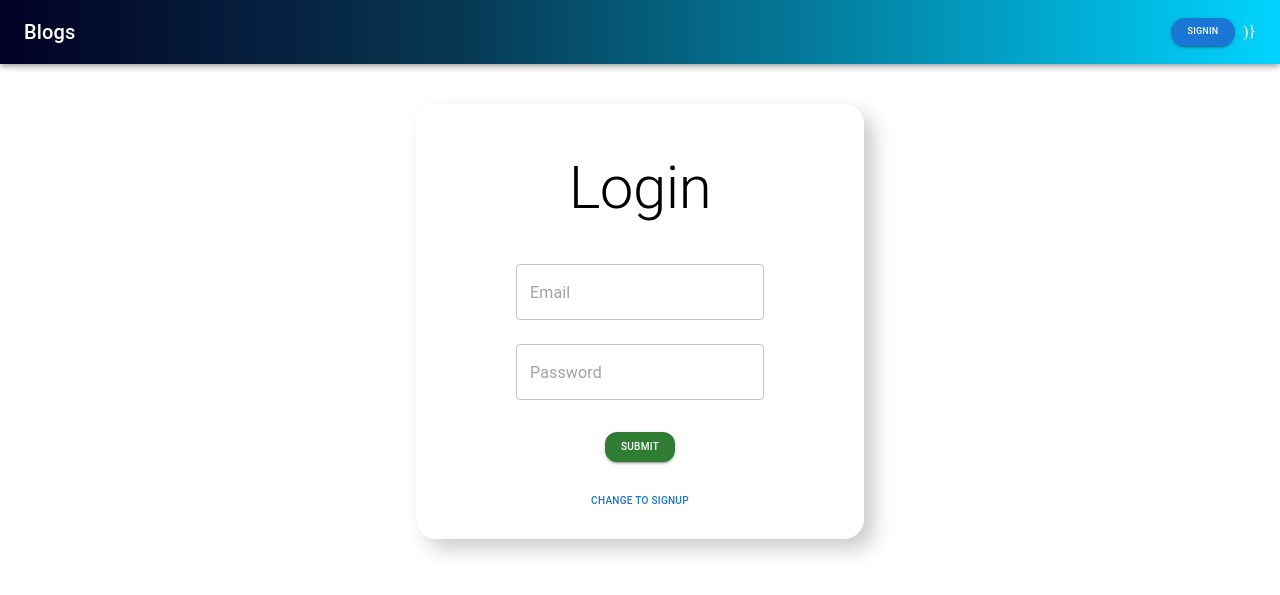
Repository: LolaSL/myBlogs
Page: /auth (app in frontend/)
These files come from the project's save history. The page is drawn as it stood at one moment and after a run of saves; the edit follows.
The browser window is 1280 px wide. The pictures show the whole page.
The project was rebuilt for these pictures with package versions that can differ from the ones it lists, and the page was loaded fresh each time. Also part of the build but not shown: frontend/src/components/Blog.jsx, frontend/src/components/Blogs.jsx, frontend/src/components/UserBlog.jsx, frontend/src/components/BlogDetails.jsx, frontend/src/components/AddBlog.jsx, frontend/src/pages/HotelTips.jsx, frontend/src/pages/TouristTips.jsx, frontend/src/pages/Journey.jsx and 7 more. Imported but missing from the stored project, and not drawn on this page: frontend/src/components/videos/video.webm.

Above is the page before, as saved 2024-04-11 15:34:05.

### frontend/public/index.html
<!DOCTYPE html>
<html lang="en">
  <head>
    <meta charset="utf-8" />
    <link rel="icon" href="%PUBLIC_URL%/favicon.ico" />
    <meta name="viewport" content="width=device-width, initial-scale=1" />
    <meta name="theme-color" content="#000000" />
    <meta
      name="description"
      content="Web site created using create-react-app"
    />
    <link rel="apple-touch-icon" href="%PUBLIC_URL%/logo192.png" />
    <!--
      manifest.json provides metadata used when your web app is installed on a
      user's mobile device or desktop. See https://developers.google.com/web/fundamentals/web-app-manifest/
    -->
    <link rel="manifest" href="%PUBLIC_URL%/manifest.json" />
    <!--
      Notice the use of %PUBLIC_URL% in the tags above.
      It will be replaced with the URL of the `public` folder during the build.
      Only files inside the `public` folder can be referenced from the HTML.

      Unlike "/favicon.ico" or "favicon.ico", "%PUBLIC_URL%/favicon.ico" will
      work correctly both with client-side routing and a non-root public URL.
      Learn how to configure a non-root public URL by running `npm run build`.
    -->
    <link href="https://fonts.googleapis.com/css2?family=Montserrat&display=swap" rel="stylesheet">
    <title>React App</title>
  </head>
  <body>
    <noscript>You need to enable JavaScript to run this app.</noscript>
    <div id="root"></div>
    <!--
      This HTML file is a template.
      If you open it directly in the browser, you will see an empty page.

      You can add webfonts, meta tags, or analytics to this file.
      The build step will place the bundled scripts into the <body> tag.

      To begin the development, run `npm start` or `yarn start`.
      To create a production bundle, use `npm run build` or `yarn build`.
    -->
  </body>
</html>

### frontend/src/index.js
import React from 'react';
import ReactDOM from 'react-dom/client';
import './index.css';
import App from './App';
import reportWebVitals from './reportWebVitals';
import { BrowserRouter } from 'react-router-dom';
import { Provider } from 'react-redux';
import { store } from './store'
import 'react-toastify/dist/ReactToastify.css'



const root = ReactDOM.createRoot(document.getElementById('root'));
root.render(
  <React.StrictMode>
    <BrowserRouter>
      <Provider store={store}>
        <App />
      </Provider>
      </BrowserRouter>
  </React.StrictMode>
);

// If you want to start measuring performance in your app, pass a function
// to log results (for example: reportWebVitals(console.log))
// or send to an analytics endpoint. Learn more: https://bit.ly/CRA-vitals
reportWebVitals();

### frontend/src/index.css

* {
  margin: 0;
}
.pagination {
  display: flex;
  justify-content: center;
  list-style: none;
  padding: 0;
  margin: 10px;
}

.page-item {
  margin: 0 5px;
}

.page-link {
  display: inline-block;
  padding: 5px 10px;
  background-color: #007bff;
  color: #fff;
  border: 1px solid #007bff;
  border-radius: 5px;
  text-decoration: none;
  cursor: pointer;
}

.page-link:hover {
  background-color: #0056b3;
  color: #fff;
}

### frontend/src/App.js
import React, { useEffect } from 'react';
import Header from './components/Header';
import { Route, Routes } from 'react-router-dom';
import Auth from './components/Auth.jsx';
import Blogs from './components/Blogs.jsx';
import UserBlogs from './components/UserBlog.jsx';
import BlogDetails from './components/BlogDetails.jsx';
import AddBlog from './components/AddBlog.jsx';
import { useDispatch, useSelector } from 'react-redux';
import { authActions } from './store';
import HotelTips from './pages/HotelTips.jsx';
import TouristTips from './pages/TouristTips.jsx';
import Journey from './pages/Journey.jsx';
import CompliteGuide from './pages/CompliteGuide.jsx';
import BestTimeToVisit from './pages/BestTime.jsx';
import WheatherAndClimate from './pages/WeatherAndClimate.jsx';
import ReasonToVisitIsrael from './pages/ReasonTovisitIstael.jsx';
import Airport from './pages/Airport.jsx'
import FashionStyle from './pages/FashionStyle.jsx';
import { ToastContainer } from 'react-toastify';
import HealthRecipes from './pages/HealthRecipes.jsx'



function App() {
  const dispatch = useDispatch();
  const isLoggedIn = useSelector(state => state.isLoggedIn);
  console.log(isLoggedIn)
  useEffect(() => {

    if (localStorage.getItem("userId"))
      dispatch(authActions.login())
  }, [dispatch])

  return (
    <React.Fragment>
      <header>
        <Header />
      </header>
      <main>
        <Routes>

          <Route path="/health-dinner-recipes" element={<HealthRecipes />} />
          <Route path="/fashion-style" element={<FashionStyle />} />
          <Route path="/airport" element={<Airport />} />
          <Route path="/reasons-to-visit-israel" element={<ReasonToVisitIsrael />} />
          <Route path="/wheather-and-climate" element={<WheatherAndClimate />} />
          <Route path="/best-time-to-visit" element={<BestTimeToVisit />} />
          <Route path="/slide" element={<CompliteGuide />} />
          <Route path="/journey" element={<Journey />} />
          <Route path="/tips" element={<TouristTips />} />
          <Route path="/hotel-tips" element={<HotelTips />} />
          {!isLoggedIn ? <Route path="/auth" element={<Auth />} /> :
            <>
              <Route path="/blogs" element={<Blogs />} />
              <Route path="/blogs/add" element={<AddBlog />} />
              <Route path="/myBlogs" element={<UserBlogs />} />
              <Route path="/myBlogs/:id" element={<BlogDetails />} />
            </>
          }

        </Routes>
        <ToastContainer position="bottom-center" limit={1} autoClose={3000} />
      </main>

    </React.Fragment>
  );
}

export default App;

### frontend/src/store/index.js
import { configureStore, createSlice } from '@reduxjs/toolkit';

const authSlice = createSlice({
    name: 'auth',
    initialState: { isLoggedIn: false },
    reducers: {
        login(state) {
            state.isLoggedIn = true;
        },
        logout(state) {
            localStorage.removeItem("userId")
            state.isLoggedIn = false;
        }
    }
});
export const authActions = authSlice.actions
export const store = configureStore({
    reducer: authSlice.reducer
})

### frontend/src/components/Header.jsx
import React, { useState } from "react";
import {
  AppBar,
  Toolbar,
  Typography,
  Box,
  Button,
  Tabs,
  Tab,
  useMediaQuery,
  useTheme,
  Drawer,
  List,
  ListItem,
  ListItemText,
} from "@mui/material";
import { Link } from "react-router-dom";
import { useSelector, useDispatch } from "react-redux";
import { authActions } from "../store";
import useStyles from "./utils";
import Guide from "./Guide";
import Ideas from "./Ideas";
import { toast } from "react-toastify";
import "react-toastify/dist/ReactToastify.css";

const Header = () => {
  const classes = useStyles();
  const dispatch = useDispatch();
  const isLoggedIn = useSelector((state) => state.isLoggedIn);
  const [value, setValue] = useState(0);
  const [menuOpen, setMenuOpen] = useState(false);

  const theme = useTheme();

  const isSmallScreen = useMediaQuery(theme.breakpoints.down("sm"));

  const toggleMenu = () => {
    setMenuOpen(!menuOpen);
  };

  const handleLogout = () => {
    dispatch(authActions.logout());
    toast.success("Logged out successfully!");
  };

  return (
    <AppBar
      position="sticky"
      sx={{
        background:
          "linear-gradient(90deg, rgba(2,0,36,1) 0%, rgba(7,54,80,1) 35%, rgba(0,212,255,1) 100%)",
        top: 0,
      }}
    >
      <Toolbar>
        <Typography className={classes.font} variant="h6">
          Blogs
        </Typography>
        {/* {!isLoggedIn && ( */}
          <Box
            fontSize="9px"
            position="right"
            marginLeft={"auto"}
            marginRight={"4"}
          >
            <Button
              display="flex"
              className={classes.font}
              LinkComponent={Link}
              to="/auth"
              variant="contained"
              sx={{ margin: 1, borderRadius: 10, fontSize: "9px" }}
              color="primary"
            >
              SignIn
            </Button>
          </Box>
        )}
        {isLoggedIn && (
          <>
            <Box
              fontSize="9px"
              display="flex"
              marginLeft={"auto"}
              marginRight={"auto"}
            >
              {isSmallScreen ? (
                <>
                  <Ideas />
                  <Guide />
                  <Button
                    className={classes.font}
                    onClick={toggleMenu}
                    variant="text"
                    sx={{ margin: 1, borderRadius: 10, fontSize: "9px", color: "white" }}
                  >
                    Menu
                  </Button>
                </>
              ) : (
                <Tabs
                  sx={{ fontSize: "9px" }}
                  textColor="inherit"
                  value={value}
                  onChange={(e, val) => setValue(val)}
                >
                  <Tab
                    sx={{ fontSize: "9px" }}
                    className={classes.font}
                    LinkComponent={Link}
                    to="/blogs"
                    label="Blogs"
                  />
                  <Tab
                    sx={{ fontSize: "9px" }}
                    className={classes.font}
                    LinkComponent={Link}
                    to="/myBlogs"
                    label="My Blogs"
                  />
                  <Tab
                    sx={{ fontSize: "9px" }}
                    className={classes.font}
                    LinkComponent={Link}
                    to="/blogs/add"
                    label="Add Blog"
                  />
                </Tabs>
              )}
            </Box>

            {isSmallScreen && (
              <Drawer anchor="right" open={menuOpen} onClose={toggleMenu}>
                <List>
                  <ListItem component={Link} to="/blogs">
                    <ListItemText primary="Blogs" />
                  </ListItem>
                  <ListItem component={Link} to="/myBlogs">
                    <ListItemText primary="My Blogs" />
                  </ListItem>
                  <ListItem component={Link} to="/blogs/add">
                    <ListItemText primary="Add Blog" />
                  </ListItem>
                  <ListItem onClick={toggleMenu}>
                    <ListItemText primary="Close" />
                  </ListItem>
                </List>
              </Drawer>
            )}

            {!isSmallScreen && (
              <>
                <Ideas /> <Guide />
              </>
            )}
            <Button
              className={classes.font}
              onClick={handleLogout}
              LinkComponent={Link}
              to="/auth"
              variant="contained"
              sx={{ margin: 1, borderRadius: 10, fontSize: "9px" }}
              color="primary"
            >
              LogOut
            </Button>
          </>
        )}
     </Toolbar>
    </AppBar>
  );
 };

export default Header;

### frontend/src/components/Auth.jsx
import React, { useState } from "react";
import { Box, Button, TextField, Typography } from "@mui/material";
import axios from "axios";
import { authActions } from '../store';
import { useDispatch } from 'react-redux';
import { useNavigate } from "react-router-dom";
import useStyles from "./utils";
import { toast } from 'react-toastify';
import { getError } from '../errors.js';


const Auth = () => {
  const classes = useStyles();
  const navigate = useNavigate();
  const dispatch = useDispatch();
  const [inputs, setInputs] = useState({
    name: "",
    email: "",
    password: "",
  });

  const [isSignUp, setIsSignUp] = useState(false);

  const handleChange = (e) => {
    setInputs((prevState) => ({
      ...prevState,
      [e.target.name]: e.target.value,
    }));
  };

  const sendRequest = async (type = "login") => {
    try {
      const res = await axios.post(`http://localhost:5050/api/user/${type}`, {
        name: inputs.name,
        email: inputs.email,
        password: inputs.password,
      });

      const data = res.data;
      if (type === 'signup') {
        toast.success('Signup successful!');
      } else {
        toast.success('Login successful!');
      }
      localStorage.setItem('userId', data.user._id);
      dispatch(authActions.login());
      navigate("/blogs");
    } catch (error) {
      toast.error(getError(error));
    }
  };

  const handleSubmit = (e) => {
    e.preventDefault();
    if (isSignUp) {
      sendRequest("signup");
    } else {
      sendRequest();
    }
  };

  return (
    <div>
      <form onSubmit={handleSubmit}>
        <Box
          maxWidth={400}
          display="flex"
          flexDirection={"column"}
          alignItems="center"
          justifyContent={"center"}
          boxShadow="10px 10px 20px #ccc"
          padding={3}
          margin="auto"
          marginTop={5}
          borderRadius={5}
        >
          <Typography className={classes.font} variant="h2" padding={3} textAlign="center">
            {isSignUp ? "Signup" : "Login"}
          </Typography>
          {isSignUp && (
            <TextField
              className={classes.font}
              name="name"
              onChange={handleChange}
              margin="normal"
              value={inputs.name}
              placeholder="Name"
            />
          )}
          <TextField
            className={classes.font}
            name="email"
            onChange={handleChange}
            margin="normal"
            value={inputs.email}
            placeholder="Email"
            type={"email"}
          />
          <TextField
            className={classes.font}
            name="password"
            onChange={handleChange}
            margin="normal"
            value={inputs.password}
            placeholder="Password"
            type={"password"}
          />
          <Button
            className={classes.font}
            type="submit"
            variant="contained"
            sx={{ borderRadius: 3, marginTop: 3, fontSize: "10px" }}
            color="success"
          >
            Submit
          </Button>
          <Button
            className={classes.font}
            sx={{ borderRadius: 3, marginTop: 3, fontSize: "10px" }}
            color="primary"
            onClick={(e) => setIsSignUp(!isSignUp)}
          >
            Change to {isSignUp ? "Login" : "Signup"}
          </Button>
        </Box>
      </form>
      {/* <ToastContainer/> */}
    </div>
  );
};

export default Auth;

### frontend/src/components/utils.js
import { styled, useTheme } from '@mui/system';

const useStyles = () => {
  const theme = useTheme();

  return styled({
    typography: {
      fontFamily: ['"Montserrat"', 'Open Sans'].join(',')
    },
    container: {
      paddingTop: theme.spacing(4),
      paddingBottom: theme.spacing(4),
    },
    heading: {
      fontSize: "2rem",
      fontWeight: "lighter",
      textAlign: "center",
      marginTop: theme.spacing(4),
      marginBottom: theme.spacing(4),
      padding: theme.spacing(2),
    },
    section: {
      marginTop: theme.spacing(4),
      marginBottom: theme.spacing(4),
      padding: theme.spacing(2),
    },
    article: {
      fontWeight: "lighter",
      textAlign: "justify",
    },
  });
};
export default useStyles;

### frontend/src/components/Guide.jsx
import React, { useState } from "react";
import useStyles from "./utils";
import { Menu, MenuItem, Button } from "@mui/material";
import { Link } from "react-router-dom";

const Guide = () => {
  const classes = useStyles();
  const [isMenuOpen, setIsMenuOpen] = useState(false);
  const [anchorEl, setAnchorEl] = useState(null);

  const toggleMenu = () => {
    setIsMenuOpen(!isMenuOpen);
    setAnchorEl(null);
  };

  const openMenu = (event) => {
    setAnchorEl(event.currentTarget);
  };

  return (
    <div>
      <Button
        color="info"
        className={classes.font}
        onClick={openMenu}
        sx={{
          color: "white",
          fontWeight: "bold",
          fontSize: "9px",
          margin: 1,
          borderRadius: 6,
          display: "flex",
          justifyContent: "flex",

        }}

      >
       Israel Guide
      </Button>
      <Menu
        anchorEl={anchorEl}
        open={Boolean(anchorEl)}
        onClose={() => setAnchorEl(null)}
        anchorOrigin={{
          vertical: "bottom",
          horizontal: "right",
        }}
        transformOrigin={{
          vertical: "top",
          horizontal: "right",
        }}
      >
        {" "}
        <MenuItem
          className={classes.font}
          onClick={toggleMenu}
          component={Link}
          to="/slide"
        >
          Top destinations
        </MenuItem>
        <MenuItem
          className={classes.font}
          onClick={toggleMenu}
          component={Link}
          to="/best-time-to-visit"
        >
          The best time to visit
        </MenuItem>
        <MenuItem
          className={classes.font}
          onClick={toggleMenu}
          component={Link}
          to="/wheather-and-climate"
        >
          Wheather & Climate
        </MenuItem>
        <MenuItem
          className={classes.font}
          onClick={toggleMenu}
          component={Link}
          to="/reasons-to-visit-israel"
        >
          Reasons to visit Israel
        </MenuItem>
        <MenuItem
          className={classes.font}
          onClick={toggleMenu}
          component={Link}
          to="/airport"
        >
          Ben Gurion Aeroport
        </MenuItem>
      </Menu>
    </div>
  );
};

export default Guide;

### frontend/src/components/Ideas.jsx
import React, { useState } from "react";
import useStyles from "./utils";
import { Menu, MenuItem, Button } from "@mui/material";
import { Link } from "react-router-dom";

const Ideas = () => {
  const classes = useStyles();
  const [isMenuOpen, setIsMenuOpen] = useState(false);
  const [anchorEl, setAnchorEl] = useState(null);

  const toggleMenu = () => {
    setIsMenuOpen(!isMenuOpen);
    setAnchorEl(null);
  };

  const openMenu = (event) => {
    setAnchorEl(event.currentTarget);
  };

  return (
    <div>
      <Button
        className={classes.font}
        onClick={openMenu}
        sx={{
          color: "white",
          fontWeight: "bold",
          fontSize: "9px",
          margin: 1,
          borderRadius: 6,
          display: "flex",
          justifyContent: "flex",
        }}
      >
        Ideas
      </Button>
      <Menu
        anchorEl={anchorEl}
        open={Boolean(anchorEl)}
        onClose={() => setAnchorEl(null)}
        anchorOrigin={{
          vertical: "bottom",
          horizontal: "right",
        }}
        transformOrigin={{
          vertical: "top",
          horizontal: "right",
        }}
      >
        <MenuItem
          className={classes.font}
          onClick={toggleMenu}
          component={Link}
          to="/journey"
        >
          Find your next trip and destination
        </MenuItem>
        <MenuItem
          className={classes.font}
          onClick={toggleMenu}
          component={Link}
          to="/tips"
        >
          The best tourist tips
        </MenuItem>
        <MenuItem
          className={classes.font}
          onClick={toggleMenu}
          component={Link}
          to="/hotel-tips"
        >
          Tips to find a hotel
        </MenuItem>
        <MenuItem
          className={classes.font}
          onClick={toggleMenu}
          component={Link}
          to="/fashion-style"
        >
          Fashion and Style
        </MenuItem>
        <MenuItem
          className={classes.font}
          onClick={toggleMenu}
          component={Link}
          to="/health-dinner-recipes"
        >
          A few recipes for healthier dinner
        </MenuItem>
      </Menu>
    </div>
  );
};

export default Ideas;

Loaded but not shown: frontend/src/reportWebVitals.js (common file); frontend/src/errors.js (common file)

After the next 2 saves:
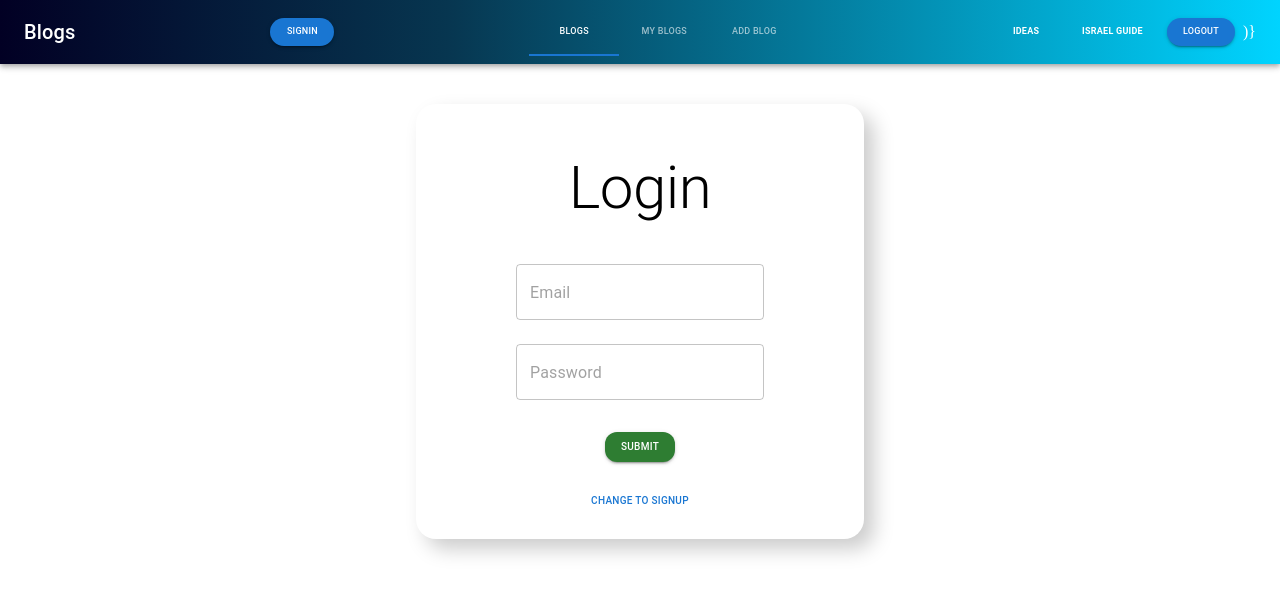
The 2 saves are shown as one change because they came seconds apart.
The last was saved 8 s later.
--- a/frontend/src/components/Header.jsx
+++ b/frontend/src/components/Header.jsx
@@ -75,8 +75,8 @@ const Header = () => {
               SignIn
             </Button>
           </Box>
-        )}
-        {isLoggedIn && (
+        {/* )} */}
+        {/* {isLoggedIn && ( */}
           <>
             <Box
               fontSize="9px"
